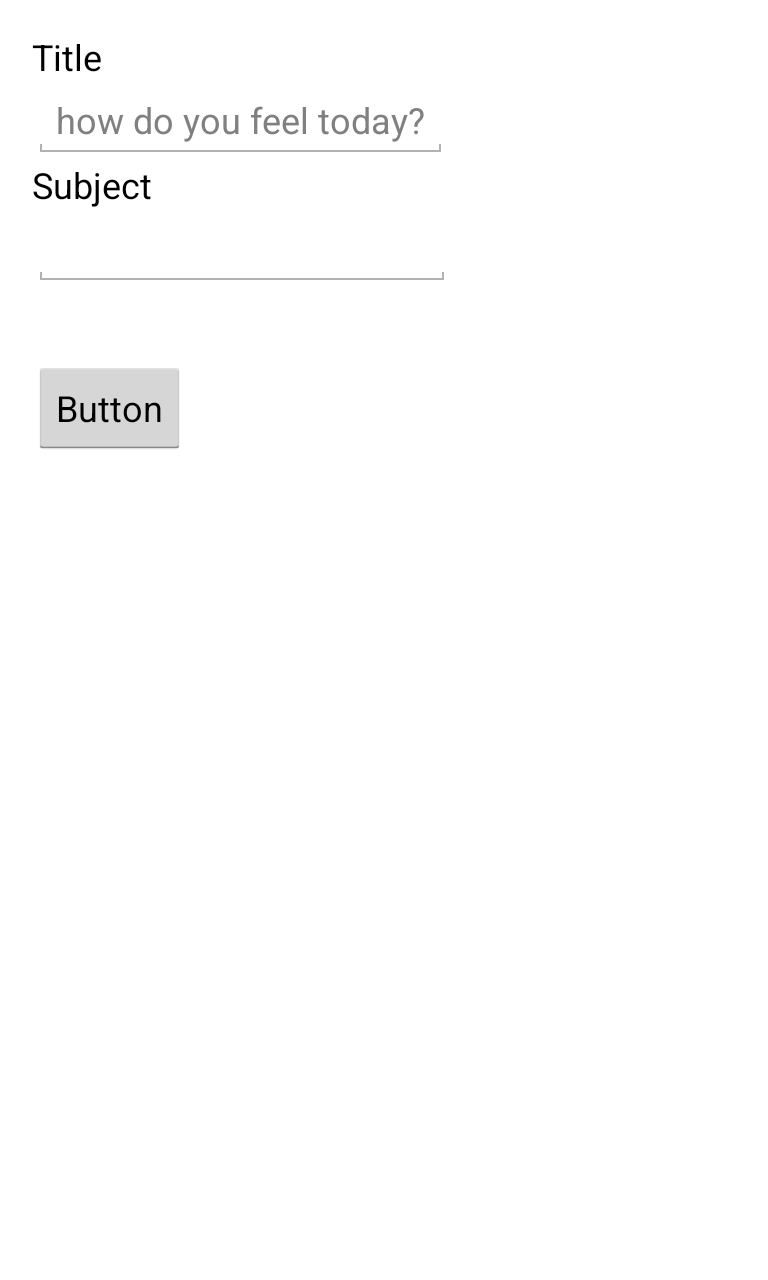
Repository: CMPUT301W14T11/Team11Prototype
Layout: LocationApp/res/layout/activity_enter_comments.xml
These files come from the project's save history. The layout is drawn as it stood at one moment and after the next save; the edit follows.
It is drawn on a 768 x 1280 px phone screen (xhdpi) without system bars, with theme AppTheme; the app's code is not run.

Above is the layout before, as saved 2014-02-18 17:48:17.

### LocationApp/res/layout/activity_enter_comments.xml
<LinearLayout xmlns:android="http://schemas.android.com/apk/res/android"
    xmlns:tools="http://schemas.android.com/tools"
    android:id="@+id/LinearLayout1"
    android:layout_width="match_parent"
    android:layout_height="match_parent"
    android:orientation="vertical"
    android:paddingBottom="@dimen/activity_vertical_margin"
    android:paddingLeft="@dimen/activity_horizontal_margin"
    android:paddingRight="@dimen/activity_horizontal_margin"
    android:paddingTop="@dimen/activity_vertical_margin"
    tools:context=".EnterCommentsActivity" >

    <TextView
        android:id="@+id/textView1"
        android:layout_width="wrap_content"
        android:layout_height="wrap_content"
        android:text="Title"
        android:textAppearance="?android:attr/textAppearanceMedium" />

    <EditText
        android:id="@+id/editText1"
        android:layout_width="wrap_content"
        android:layout_height="wrap_content"
        android:hint="how do you feel today?"
         >


    </EditText>

    <TextView
        android:id="@+id/textView2"
        android:layout_width="wrap_content"
        android:layout_height="wrap_content"
        android:text="Subject"
        android:textAppearance="?android:attr/textAppearanceMedium" />

    <EditText
        android:id="@+id/editText2"
        android:layout_width="wrap_content"
        android:layout_height="wrap_content"
        android:ems="10"
        android:inputType="textMultiLine" />

    <Button
        android:id="@+id/button1"
        android:layout_width="wrap_content"
        android:layout_height="wrap_content"
        android:layout_marginTop="36dp"
        android:text="Button" />

</LinearLayout>

Loaded but not shown: LocationApp/res/values/styles.xml (common file); LocationApp/res/values-v11/styles.xml (common file); LocationApp/res/values-v14/styles.xml (common file); LocationApp/res/values/dimens.xml (common file); LocationApp/res/values-w820dp/dimens.xml (common file)

After the next save:
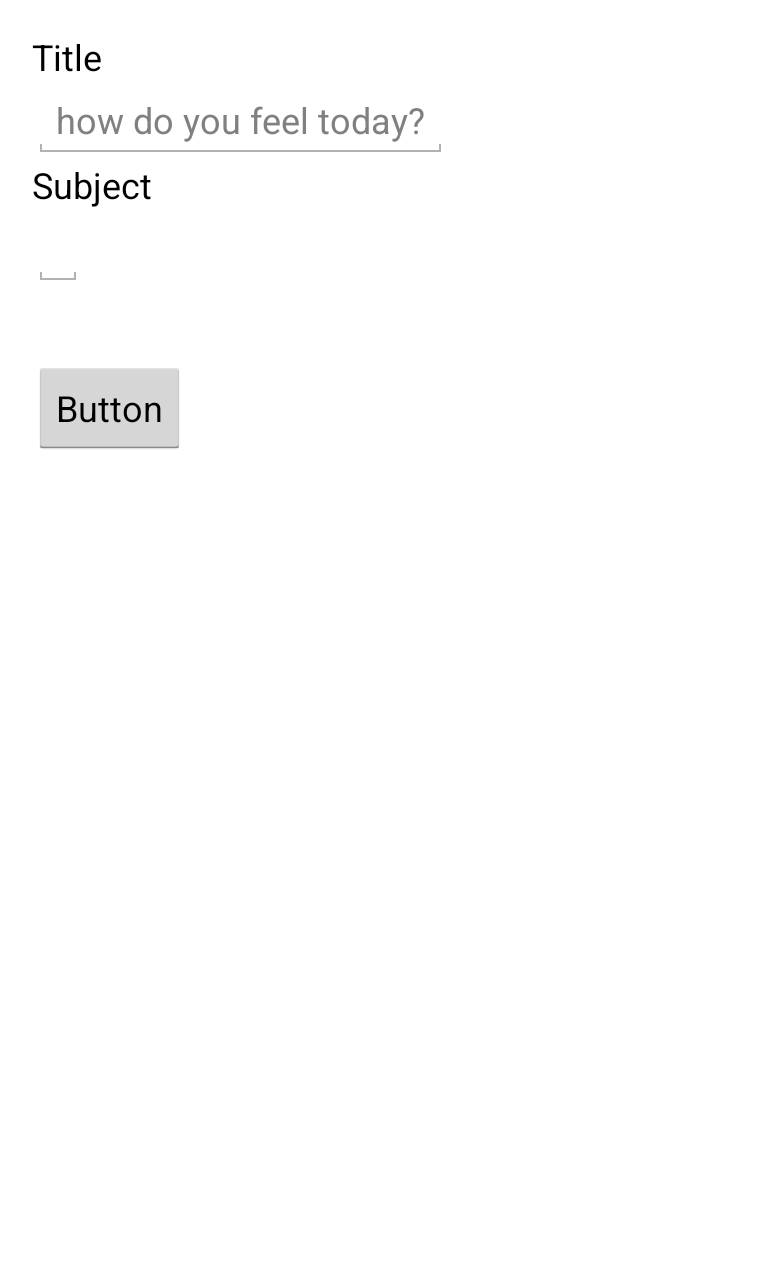
Saved 7 s later.
--- a/LocationApp/res/layout/activity_enter_comments.xml
+++ b/LocationApp/res/layout/activity_enter_comments.xml
@@ -38,7 +38,7 @@
         android:id="@+id/editText2"
         android:layout_width="wrap_content"
         android:layout_height="wrap_content"
-        android:ems="10"
+
         android:inputType="textMultiLine" />
 
     <Button
